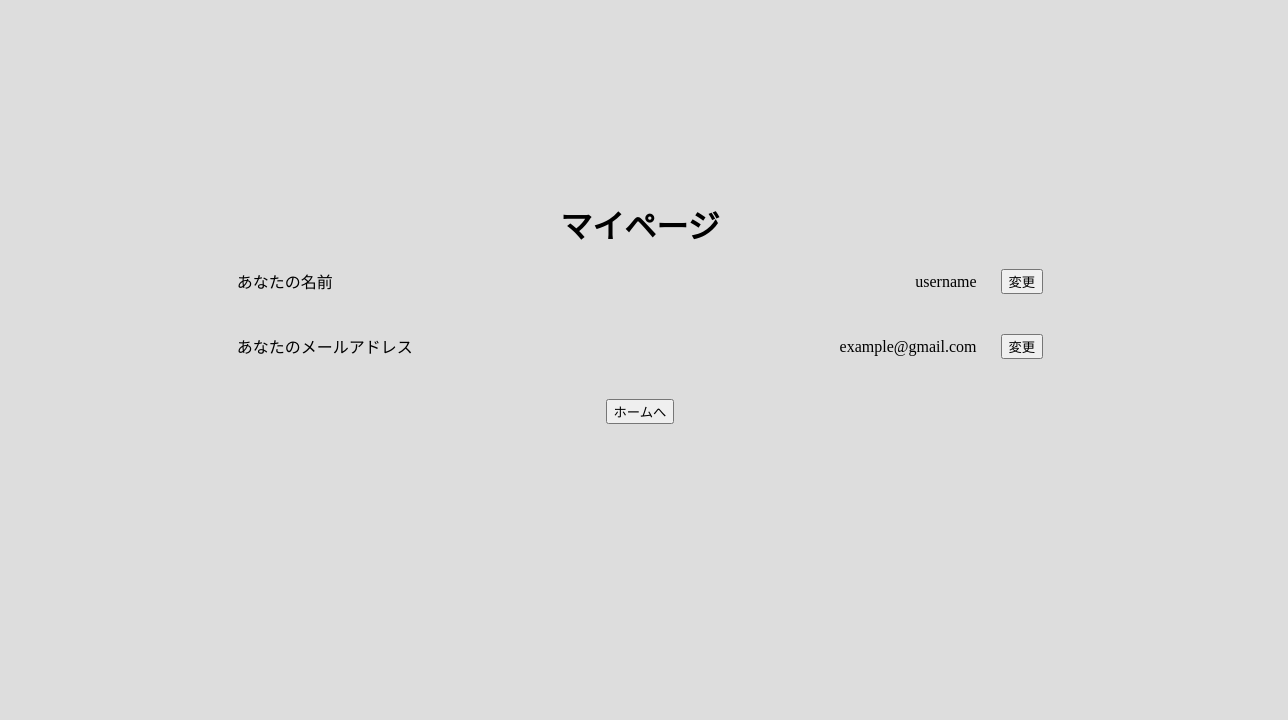
Repository: ryosuke-yamoto/BBS
Page: http://localhost/BBS_yamoto/View/mypage.php
An editor plug-in stored every save of this project. The page is shown before and after the next save, followed by the edit.
The browser window is 1280 px wide. The page is 1280 px wide, then 1288 px, so the pictures cover 1288 px, including what lies to the right of the window. The pictures show the whole page.
After loading, the first visible `#name-change` was clicked once.
Some web libraries are served in a nearby version. The page is run by PHP 8.4 with error messages shown; the project is at /var/www/html/.

Above is the page before, as saved 2020-05-21 07:20:32.

After the next save:
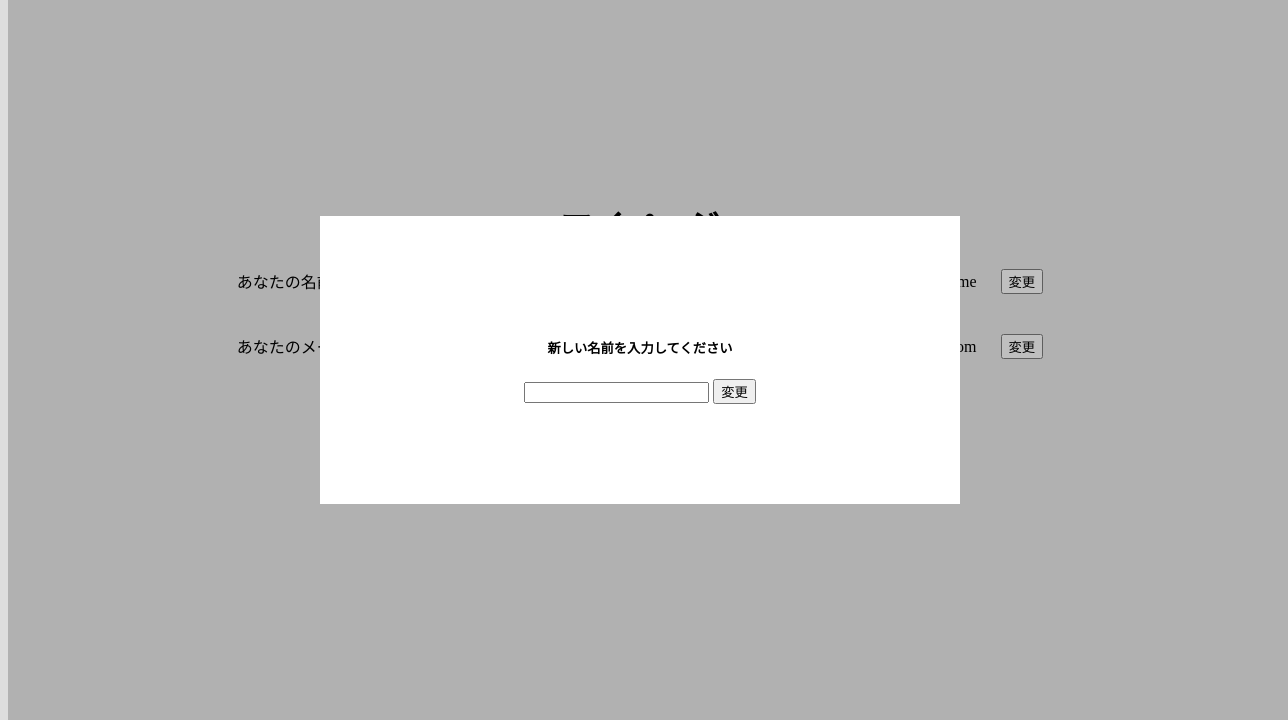
Saved 26 s later.
--- a/View/js/mypage.js
+++ b/View/js/mypage.js
@@ -1,7 +1,7 @@
 $(function () {
 
   $('#name-change').click(function () {
-    $('#modal-name').show();
+    $('#modal').show();
 
   });
 
